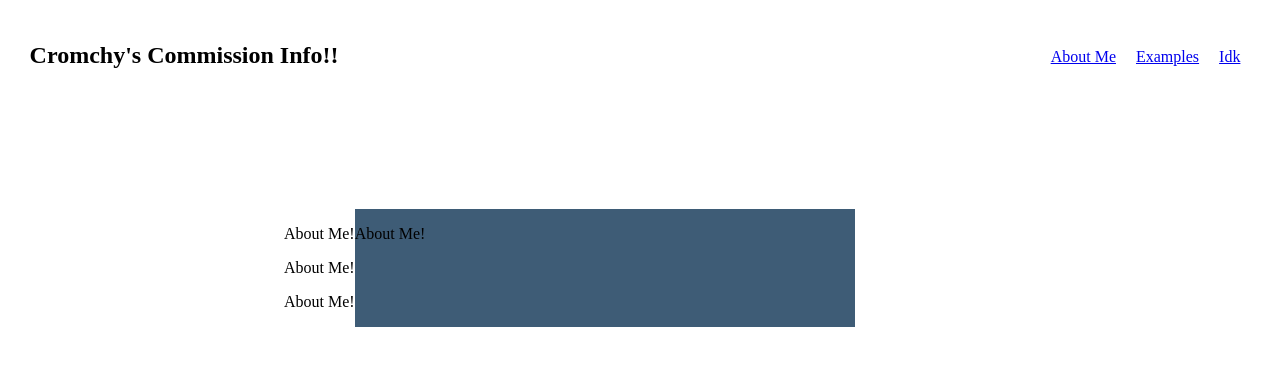
Repository: crackaLack1n/Cromchys_Commission_Site
Page: /
An editor plug-in stored every save of this project. The page is shown before and after the next save, followed by the edit.
The browser window is 1280 px wide. The pictures show the whole page.
The project was rebuilt for these pictures with package versions that can differ from the ones it lists, and the page was loaded fresh each time. The framework's server and built-in components were replaced by stand-ins that run in the browser. Also part of the build but not shown: next.config.mjs.

Above is the page before, as saved 2024-06-11 12:03:04.

### pages/index.js
import Head from "next/head";
import Header from "@/Components/Header";
import Image from "next/image";
import styles from "@/styles/Home.module.css";


export default function Home() {
  return (
    <>
      <Head>
        <title>Create Next App</title>
        <meta name="description" content="Generated by create next app" />
        <meta name="viewport" content="width=device-width, initial-scale=1" />
        <link rel="icon" href="/favicon.ico" />
      </Head>

      <Header/>
      <main className={`${styles.main}`}>
        <div className={styles.container}>
          <div className={styles.contentLeft}>
            <p>About Me!</p>
            <p>About Me!</p>
            <p>About Me!</p>
          </div>
          <div className={styles.contentRight}>
          <p>About Me!</p>
          </div>
        </div>
      </main>
    </>
  );
}

### Components/Header/index.js
import Link from "next/link"
import style from './header.module.css';
export default function Header() {
  return (
    <>
      <div className={style.main}>
        <h2>Cromchy's Commission Info!!</h2>
        <nav className={style.nav}>
          <ul className={style.buttons}>
            <li><Link href={`/`}>About Me</Link></li>
            <li><Link href={`/Examples`}>Examples</Link></li>
            <li><Link href={`/Idk`}>Idk</Link></li>
          </ul>
        </nav>
      </div>
    </>
  )
}

### styles/Home.module.css
.main {
  display: flex;
  flex-direction: column;
  justify-content: space-between;
  align-items: center;
  padding: 6rem;
  min-height: 20vh;
}

.container {
 display: grid;
 grid-template-columns:  1fr 500px 2fr;
}

.contentLeft {

}

.contentRight {
  background-color: #3E5C76;
  width: 100%;
}

/* Mobile */
@media (max-width: 700px) {
  .content {
    padding: 4rem;
  }

  .grid {
    grid-template-columns: 1fr;
    margin-bottom: 120px;
    max-width: 320px;
    text-align: center;
  }

}

/* Tablet and Smaller Desktop */
@media (min-width: 701px) and (max-width: 1120px) {
  .grid {
    grid-template-columns: repeat(2, 50%);
  }
}

### Components/Header/header.module.css
.main {
  display: flex;
  justify-content: space-between;
  margin: 3vh;
}


.nav {
justify-content: end;
}

.buttons {
  display: flex;
}

.buttons li {
  padding: 10px;
  list-style-type: none;
}

Loaded but not shown: pages/_app.js (common file); pages/_document.js (common file); styles/globals.css (common file)

After the next save:
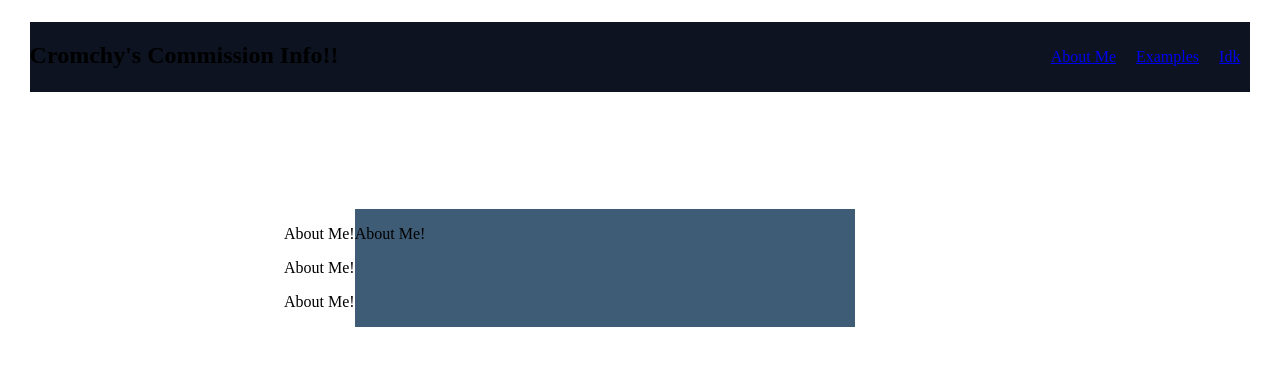
Saved 41 s later.
--- a/Components/Header/header.module.css
+++ b/Components/Header/header.module.css
@@ -2,6 +2,7 @@
   display: flex;
   justify-content: space-between;
   margin: 3vh;
+  background-color: #0D1321;
 }
 
 
